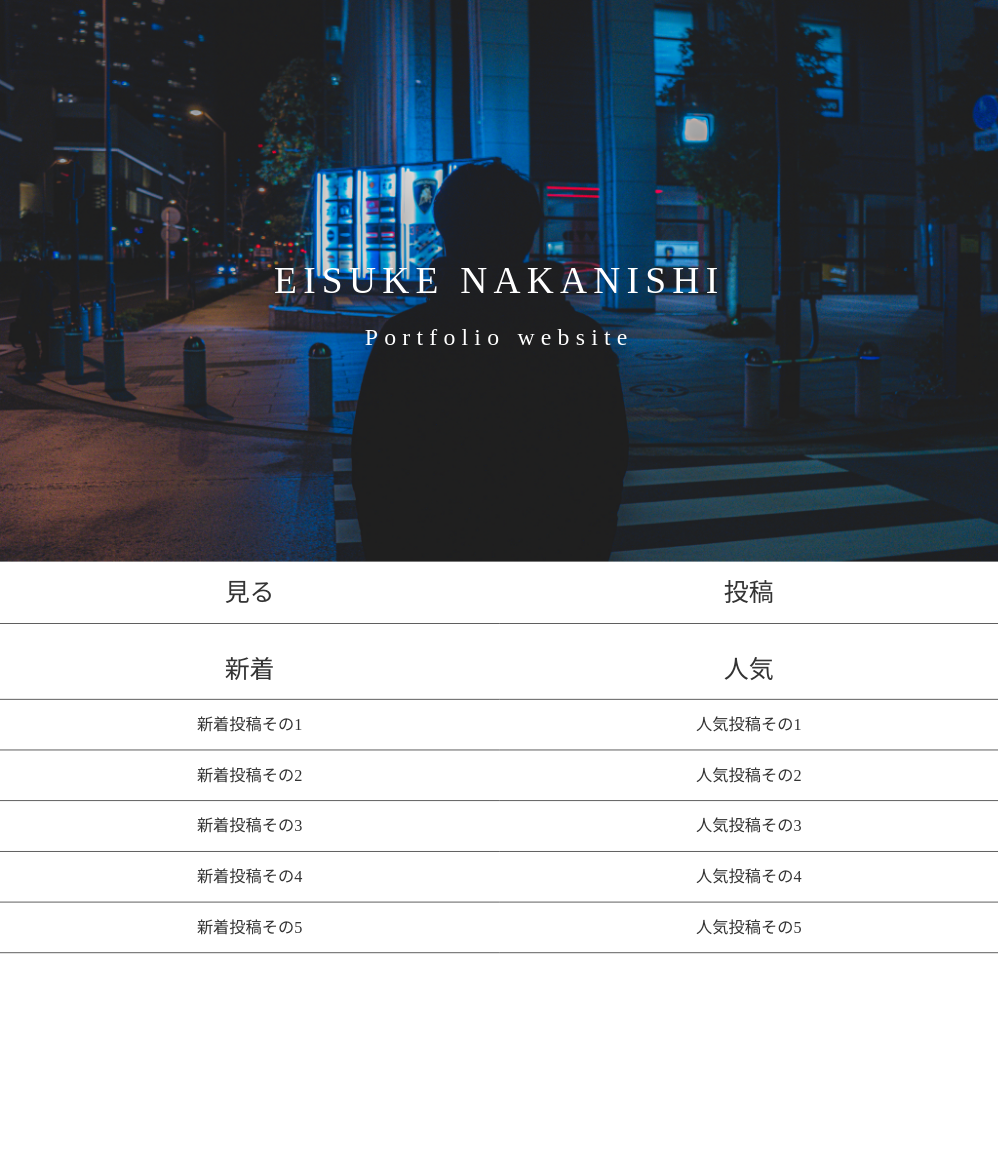
Repository: KustomApe/LandorusInc
Page: index.html
These files come from the project's save history. The page is drawn as it stood at one moment and after the next save; the edit follows.
The browser window is 1280 px wide. The pictures show the whole page, at 78% of full size.

Above is the page before, as saved 2021-07-24 13:19:17.

### index.html
<!DOCTYPE html>
<html lang="ja">
<head>
    <meta charset="UTF-8">
    <meta http-equiv="X-UA-Compatible" content="IE=edge">
    <meta name="viewport" content="width=device-width, initial-scale=1.0">
    <title>掲示板</title>
    <link rel="stylesheet" href="./assets/css/html5doctor.css">
    <link rel="stylesheet" href="./assets/css/style.css">
</head>
<body>
<div id="wrap">
    <div id="main_img">
        <h1>EISUKE NAKANISHI</h1>
        <h2>Portfolio website</h2>
    </div>
    <div class="contents">
        <ul id="main_btn">
            <li>見る</li>
            <li>投稿</li>
        </ul>
        <div id="topic">
            <ul class="topics">
                <li id="heading2">新着</li>
                <li>新着投稿その1</li>
                <li>新着投稿その2</li>
                <li>新着投稿その3</li>
                <li>新着投稿その4</li>
                <li>新着投稿その5</li>
            </ul>
            <ul class="topics">
                <li id="heading2">人気</li>
                <li>人気投稿その1</li>
                <li>人気投稿その2</li>
                <li>人気投稿その3</li>
                <li>人気投稿その4</li>
                <li>人気投稿その5</li>
            </ul>
        </div>
    </div>
</div>
</body>
</html>

### assets/css/html5doctor.css
html, body, div, span, object, iframe,
h1, h2, h3, h4, h5, h6, p, blockquote, pre,
abbr, address, cite, code,
del, dfn, em, img, ins, kbd, q, samp,
small, strong, sub, sup, var,
b, i,
dl, dt, dd, ol, ul, li,
fieldset, form, label, legend,
table, caption, tbody, tfoot, thead, tr, th, td,
article, aside, canvas, details, figcaption, figure,
footer, header, hgroup, menu, nav, section, summary,
time, mark, audio, video {
    margin:0;
    padding:0;
    border:0;
    outline:0;
    font-size:100%;
    vertical-align:baseline;
    background:transparent;
}

body {
    line-height:1;
}

article,aside,details,figcaption,figure,
footer,header,hgroup,menu,nav,section {
    display:block;
}

nav ul {
    list-style:none;
}

blockquote, q {
    quotes:none;
}

blockquote:before, blockquote:after,
q:before, q:after {
    content:'';
    content:none;
}

a {
    margin:0;
    padding:0;
    font-size:100%;
    vertical-align:baseline;
    background:transparent;
}

/* change colours to suit your needs */
ins {
    background-color:#ff9;
    color:#000;
    text-decoration:none;
}

/* change colours to suit your needs */
mark {
    background-color:#ff9;
    color:#000;
    font-style:italic;
    font-weight:bold;
}

del {
    text-decoration: line-through;
}

abbr[title], dfn[title] {
    border-bottom:1px dotted;
    cursor:help;
}

table {
    border-collapse:collapse;
    border-spacing:0;
}

/* change border colour to suit your needs */
hr {
    display:block;
    height:1px;
    border:0;
    border-top:1px solid #cccccc;
    margin:1em 0;
    padding:0;
}

input, select {
    vertical-align:middle;
}

### assets/css/style.css
@charset "utf-8";

body {
    width: 100%;
    max-width: 1920px;
}

div#main_img {
    position: relative;
    display: block;
    width: 100%;
    height: 100vh;
    background: url('../img/main.jpg');
    background-size: cover;
}

div#main_img h1 {
    position: absolute;
    top: 50%;
    left: 50%;
    transform: translate(-50%, -50%);
    -webkit-transform: translate(-50%, -50%);
    -ms-transform: translate(-50%, -50%);
    color: #fff;
    font-size: 3rem;
    font-weight: lighter;
    letter-spacing: 0.5rem;
}

div#main_img h2 {
    position: absolute;
    top: 60%;
    left: 50%;
    transform: translate(-50%, -50%);
    -webkit-transform: translate(-50%, -50%);
    -ms-transform: translate(-50%, -50%);
    color: #fff;
    font-size: 1.9rem;
    font-weight: lighter;
    letter-spacing: 0.5rem;
}

div.contents {
    width: 100%;
}

div.contents ul#main_btn {
    list-style: none;
    display: flex;
    width: 100%;
    height: 9vh;
}

div.contents ul#main_btn li {
    display: block;
    width: 100%;
    height: 5vh;
    line-height: 5vh;
    margin: 0 auto;
    padding: 3vh 0;
    font-size: 2rem;
    color: #333;
    border-bottom: solid 1px #333;
    text-align: center;
}

div#topic {
    display: flex;
    width: 100%;
    height: 100vh;
}

ul.topics {
    width: 50%;
    padding-top: 5vh;
    list-style: none;
    text-align: center;
}

ul.topics li#heading2 {
    padding: 3vh 0;
    font-size: 2rem;
    color: #333;
    border-bottom: solid 1px #333;
}

ul.topics li {
    padding: 3vh 0;
    font-size: 1.3rem;
    color: #333;
    border-bottom: solid 1px #333;
}

After the next save:
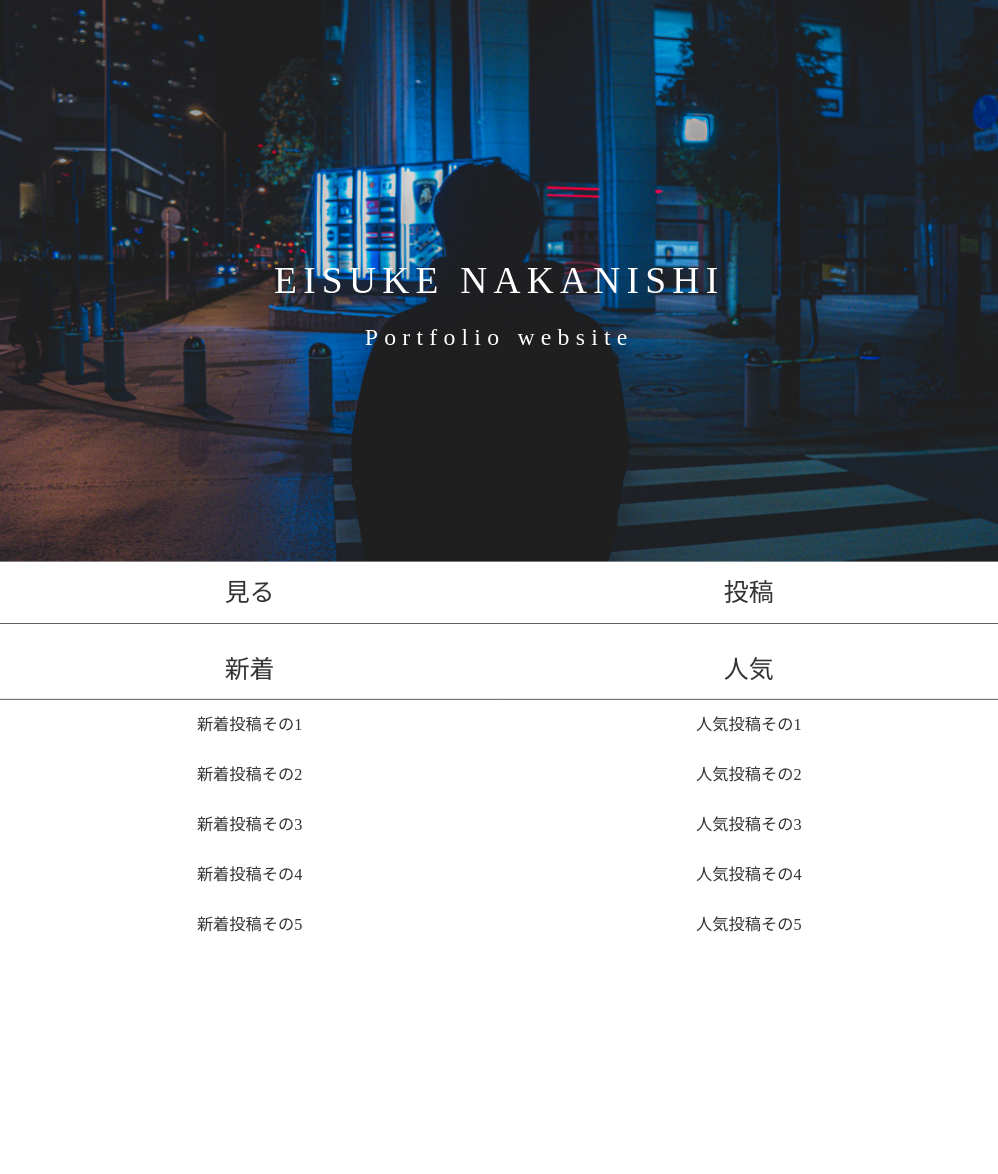
Saved 6 s later.
--- a/assets/css/style.css
+++ b/assets/css/style.css
@@ -88,5 +88,4 @@ ul.topics li {
     padding: 3vh 0;
     font-size: 1.3rem;
     color: #333;
-    border-bottom: solid 1px #333;
 }
